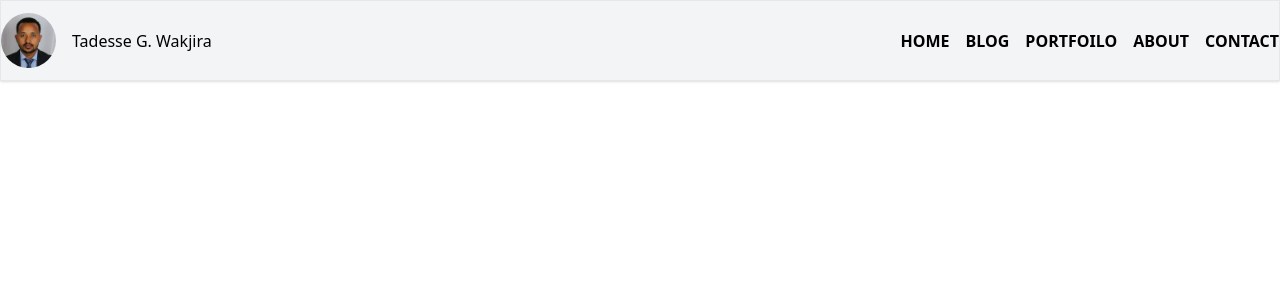
Repository: Elias-Kibret/Tade-portfoilo
Page: /
An editor plug-in stored every save of this project. The page is shown before and after the next save, followed by the edit.
The browser window is 1280 px wide. The pictures show the whole page.
The project was rebuilt for these pictures with package versions that can differ from the ones it lists, and the page was loaded fresh each time. The framework's server and built-in components were replaced by stand-ins that run in the browser. Also part of the build but not shown: next.config.js.

Above is the page before, as saved 2022-06-27 01:01:23.

After the next save:
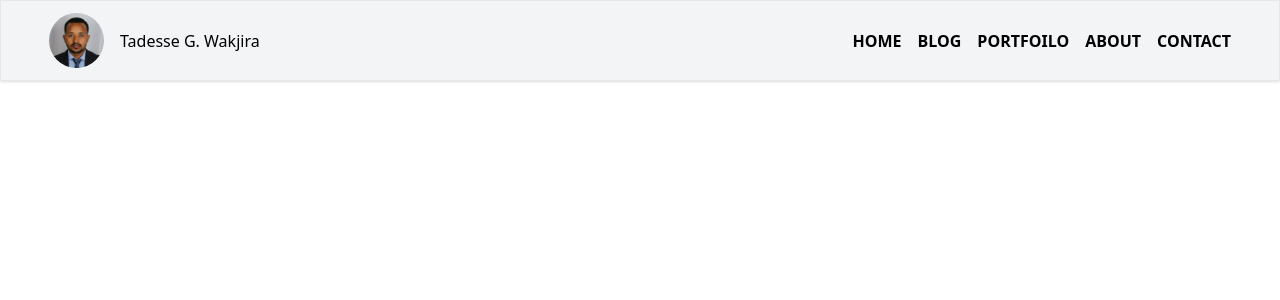
Saved 47 s later.
--- a/components/Header.tsx
+++ b/components/Header.tsx
@@ -4,7 +4,7 @@ import Image from "next/image"
 import Logo from '../public/Img/Tadesse.jpg'
 const Header = () => {
   return (
-<header className="bg-gray-100 px-15 py-3 shadow border border-b border-gray-200">
+<header className="bg-gray-100 px-12 py-3 shadow border border-b border-gray-200">
    <div className="flex justify-between items-center">
       <div className="flex items-center space-x-4">
 
